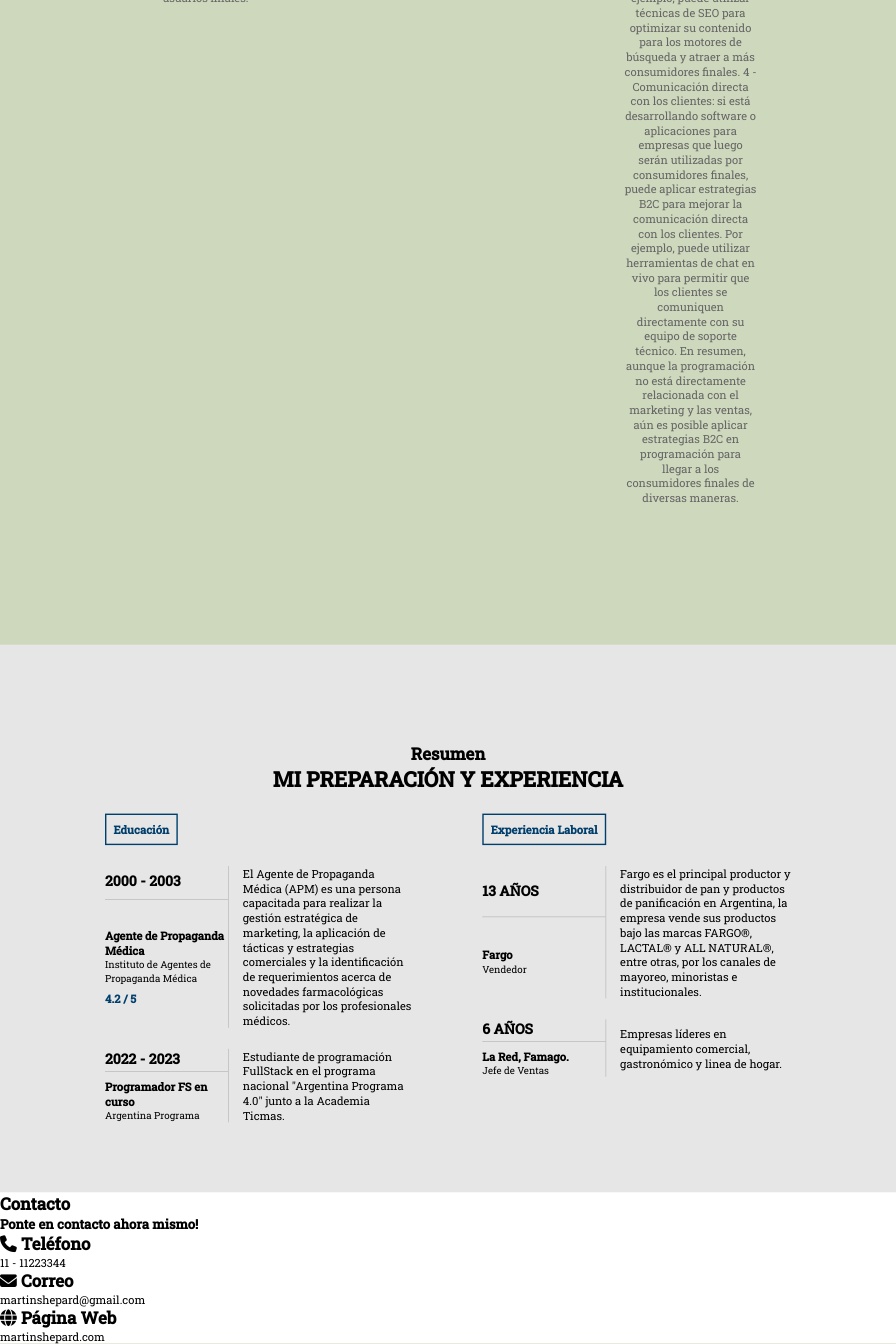
Repository: PabloSebastianPorto/Entrega-CV-1-ARG-PROG
Page: CVFINAL/CVfinal.HTML
An editor plug-in stored every save of this project. The page is shown before and after the next save, followed by the edit.
The browser window is 1280 px wide. The pictures show the part of the page from y = 2025 to 3945 px (the page is 3945 px tall before and 3892 px after), at 70% of full size.
Some web libraries are served in a nearby version.

Above is the page before, as saved 2023-02-28 12:17:39.

### CVFINAL/CVfinal.HTML
<!DOCTYPE html>
<html lang="es">
  <head>
    <meta charset="UTF-8" />
    <meta http-equiv="X-UA-Compatible" content="IE=edge" />
    <meta name="viewport" content="width=device-width, initial-scale=1.0" />
    <title>Document</title>
    <link
      rel="stylesheet"
      href="https://cdnjs.cloudflare.com/ajax/libs/font-awesome/6.3.0/css/all.min.css"
      integrity="sha512-SzlrxWUlpfuzQ+pcUCosxcglQRNAq/DZjVsC0lE40xsADsfeQoEypE+enwcOiGjk/bSuGGKHEyjSoQ1zVisanQ=="
      crossorigin="anonymous"
      referrerpolicy="no-referrer"
    />
    <link rel="stylesheet" href="CVfinal.css" />
    <title>CV Pablo Sebastián Porto</title>
  </head>
  <body>
    <section class="inicio" id="inicio">
      <div class="contenido-seccion">
        <header>
          <div class="nav-clas"></div>
          <i class="fa-solid fa-bars"></i>
          <nav id="nav" class="nav">
            <a href="#Inicio">Inicio</a>
            <a href="#Sobre Mí">Sobre Mí</a>
            <a href="#Historial">Historial Laboral</a>
            <a href="#Contacto">Contacto</a>
          </nav>
        </header>
        <div class="info">
          <h1>PABLO SEBASTIÁN PORTO</h1>
          <h2>
            Agente de Propaganda Médica, Vendedor Profesional, Desarrollador
            front-end JR
          </h2>
          <div class="redes">
            <a href="#"><i class="fa-brands fa-twitter"></i></a>
            <a href="#"><i class="fa-brands fa-facebook"></i></a>
            <a href="#"><i class="fa-brands fa-instagram"></i></a>
            <a href="#"><i class="fa-brands fa-twitch"></i></a>
            <a href="#"><i class="fa-brands fa-linkedin"></i></a>
          </div>
        </div>
        <div class="foto">
          <img
            src="IMG/CVfoto.jpg"
            alt="Aca va una imagen, pero se la robaron"
          />
        </div>
      </div>
    </section>
    <section class="sobremi" id="sobremi">
      <div class="contenido-seccion">
        <h2 class="titulo-seccion">Sobre Mí</h2>
        <h3>Datos Laborales</h3>
        <p class="especial">
          Asesor en ventas con mas de 20 años de experiencia en diferentes
          rubros.
        </p>
        <p>
          Me desarrolle como vendedor en empresas como Fargo, La Red
          Equipamiento, Famago, entre otras.
        </p>
        <div class="fila">
          <div class="col">
            <i class="fa-solid fa-user"></i>
            <span class="titulo-detalle">Perfil Comercial</span>
            <p>
              En mi caso, tengo un perfil comercial pero también he desarrollado
              habilidades en front-end, lo que me permite crear la parte visual
              y de interacción de un sitio web o aplicación móvil. Esta
              combinación de habilidades me ha permitido entender mejor las
              necesidades del negocio y los clientes, lo que puede guiar el
              diseño y la funcionalidad del producto de una manera más efectiva.
              Como profesional con experiencia en ventas y marketing, puedo
              entender las métricas de negocio y las necesidades del usuario
              final. Por lo tanto, puedo crear interfaces de usuario que estén
              diseñadas para satisfacer las necesidades específicas de los
              clientes y mejorar la experiencia del usuario. Por ejemplo, puedo
              diseñar una página de inicio atractiva y fácil de navegar que
              ayude a los visitantes a encontrar lo que están buscando de manera
              eficiente. En resumen, mi perfil comercial combinado con
              habilidades en front-end me permite ser un activo valioso para un
              equipo de desarrollo de software. Puedo aportar una comprensión
              profunda de las necesidades del cliente y del negocio a la
              creación de interfaces de usuario atractivas y efectivas que
              satisfagan los objetivos comerciales y las necesidades de los
              usuarios finales.
            </p>
          </div>
          <div class="col">
            <i class="fa-solid fa-flag"></i>
            <span class="titulo-detalle">Intereses y Objetivos</span>
            <p>
              Las estrategias B2C (Business to Consumer) son enfoques de
              marketing y ventas que se utilizan para llegar directamente a los
              consumidores finales. Aunque la programación no es un área
              tradicionalmente asociada con el marketing y las ventas, aún es
              posible aplicar estrategias B2C en programación de diversas
              maneras. Aquí hay algunas formas en que se pueden aplicar las
              estrategias B2C en programación: 1 - Desarrollo de aplicaciones
              para consumidores: si está desarrollando una aplicación para
              consumidores finales, puede aplicar estrategias B2C para llegar a
              su público objetivo. Por ejemplo, puede utilizar técnicas de
              marketing digital para promocionar su aplicación a través de
              anuncios en redes sociales y motores de búsqueda. 2 - Análisis de
              datos de los clientes: si está utilizando la programación para
              recopilar y analizar datos de los clientes, puede utilizar
              técnicas de segmentación de mercado para identificar patrones en
              los datos y personalizar su enfoque de marketing y ventas para
              cada segmento de clientes. 3 - Marketing de contenido: si está
              creando contenido relacionado con la programación, puede aplicar
              estrategias B2C para llegar a su audiencia objetivo. Por ejemplo,
              puede utilizar técnicas de SEO para optimizar su contenido para
              los motores de búsqueda y atraer a más consumidores finales. 4 -
              Comunicación directa con los clientes: si está desarrollando
              software o aplicaciones para empresas que luego serán utilizadas
              por consumidores finales, puede aplicar estrategias B2C para
              mejorar la comunicación directa con los clientes. Por ejemplo,
              puede utilizar herramientas de chat en vivo para permitir que los
              clientes se comuniquen directamente con su equipo de soporte
              técnico. En resumen, aunque la programación no está directamente
              relacionada con el marketing y las ventas, aún es posible aplicar
              estrategias B2C en programación para llegar a los consumidores
              finales de diversas maneras.
            </p>
          </div>
        </div>
      </div>
    </section>
    <section class="resumen" id="resumen">
      <div class="contenido-seccion">
        <h2 class="titulo-seccion">Resumen</h2>
        <h3>Mi preparación y experiencia</h3>
        <div class="info">
          <div class="col">
            <span class="titulo">Educación</span>
            <table>
              <tr>
                <td class="datos">
                  <h3>2000 - 2003</h3>
                </td>
                <td rowspan="2" class="descripcion">
                  El Agente de Propaganda Médica (APM) es una persona capacitada para realizar la gestión estratégica de marketing, la aplicación de tácticas y estrategias comerciales y la identificación de requerimientos acerca de novedades farmacológicas solicitadas por los profesionales médicos.
                </td>
              </tr>
              <tr>
                <td>
                  <h4>Agente de Propaganda Médica</h4>
                  <p>Instituto de Agentes de Propaganda Médica</p>
                  <span class="promedio">4.2 / 5</span>
                </td>
              </tr>
            </table>
            <table>
              <tr>
                <td class="datos">
                  <h3>2022 - 2023</h3>
                </td>
                <td rowspan="2" class="descripcion">
                  Estudiante de programación FullStack en el programa nacional "Argentina Programa 4.0" junto a la Academia Ticmas.
                </td>
              </tr>
              <tr>
                <td>
                  <h4>Programador FS en curso</h4>
                  <p>Argentina Programa</p>
                  </td>
              </tr>
            </table>
          </div>
          <div class="col">
            <span class="titulo">Experiencia Laboral</span>
            <table>
              <tr>
                <td class="datos">
                  <h3>13 Años</h3>
                </td>
                <td rowspan="2" class="descripcion">
                  Fargo es el principal productor y distribuidor de pan y productos de panificación en Argentina, la empresa vende sus productos bajo las marcas FARGO®, LACTAL® y ALL NATURAL®, entre otras, por los canales de mayoreo, minoristas e institucionales.
                </td>
              </tr>
              <tr>
                <td>
                  <h4>Fargo</h4>
                  <p>Vendedor</p>
                </td>
              </tr>
            </table>
            <table>
              <tr>
                <td class="datos">
                  <h3>6 Años</h3>
                </td>
                <td rowspan="2" class="descripcion">
                  Empresas líderes en equipamiento comercial, gastronómico y linea de hogar.
                </td>
              </tr>
              <tr>
                <td>
                  <h4>La Red, Famago.</h4>
                  <p>Jefe de Ventas</p>
                </td>
              </tr>
            </table>
          </div>
        </div>
      </div>
    </section>
    <section class="contacto" id="contacto">
      <div class="contenido-seccion">
        <h2 class="titulo-seccion">Contacto</h2>
        <h3>Ponte en contacto ahora mismo!</h3>

        <div class="fila">
          <div class="col">
            <h2><i class="fa-solid fa-phone"></i> Teléfono</h2>
            <span class="info-contacto">11 - 11223344</span>
          </div>
          <div class="col">
            <h2><i class="fa-solid fa-envelope"></i> Correo</h2>
            <span class="info-contacto">martinshepard@gmail.com</span>
          </div>
          <div class="col">
            <h2><i class="fa-solid fa-globe"></i> Página Web</h2>
            <span class="info-contacto">martinshepard.com</span>
          </div>
        </div>
      </div>
    </section>
    </section>
  </body>
</html>

### CVFINAL/CVfinal.css
@import url("https://fonts.googleapis.com/css2?family=Roboto+Slab:wght@100;200;300;400;500&display=swap");
* {
  box-sizing: border-box;
  font-family: "Roboto Slab", serif;
  margin: 0;
  padding: 0;
}
html {
  box-sizing: border-box;
  font-family: "Roboto Slab", serif;
  margin: 0;
  padding: 0;
}
html {
  scroll-behavior: smooth;
}
.inicio {
  background: linear-gradient(rgba(0, 0, 0, 0.3), rgba(0, 0, 0, 0.3)),
    url(IMG/imagen-fondo.jpg);
  background-size: cover;
  background-position: center center;
  color: #ffffff;
}
.inicio .contenido-seccion {
  max-width: 1000px;
  margin: auto;
  text-align: center;
  padding: 0 10px;
}
.inicio .contenido-seccion header {
  padding: 30px;
}
.inicio .contenido-seccion header nav {
  background: #1e2326;
  position: fixed;
  width: 100%;
  top: 0;
  left: 0;
  z-index: 99;
  display: flex;
  justify-content: center;
}
.inicio .contenido-seccion header nav a {
  display: block;
  color: #ffffff;
  text-decoration: none;
  margin-bottom: 15px;
  margin-top: 15px;
  margin-right: 25px;
  font-weight: bold;
}
.inicio .contenido-seccion header nav a:hover {
  color: #ced8bc;
  transition: color 0.3s ease;
}
.inicio .contenido-seccion .info {
  padding-bottom: 130px;
}
.inicio .contenido-seccion .info h1 {
  font-size: 3rem;
  letter-spacing: 5px;
}
.inicio .contenido-seccion .info h2 {
  font-weight: normal;
  font-size: 20px;
  margin-top: -10px;
  letter-spacing: 2px;
}
.inicio .contenido-seccion .info .redes {
  margin: 20px 0;
}
.inicio .contenido-seccion .info .redes a {
  display: inline-block;
  text-decoration: none;
  background-color: #000;
  color: #ffffff;
  border: 2px solid #ffffff;
  border-radius: 50%;
  width: 40px;
  height: 40px;
  line-height: 40px;
  margin: 0 5px;
  transition: 0.3s;
}
.inicio .contenido-seccion .info .redes a:hover {
  color: #fff;
  background-color: #003e6c;
  box-shadow: 0 0 20px #fff;
}
.inicio .contenido-seccion .foto {
  position: relative;
}
.inicio .contenido-seccion .foto img {
  max-width: 350px;
  max-height: 350px;
  border-radius: 50%;
  border: 5px solid #003e6c;
  position: absolute;
  left: 50%;
  top: -100px;
  transform: translateX(-50%);
}
.sobremi {
  background-color: #ced8bc;
  padding: 200px 0 200px 0;
  text-align: center;
}
.sobremi .contenido-seccion {
  max-width: 3000px;
  margin: auto;
  padding: 0 10px;
}
.sobremi .contenido-seccion h3 {
  text-transform: uppercase;
  font-size: 30px;
}
.sobremi .contenido-seccion .especial {
  color: #003e6c;
  font-weight: bold;
  margin-top: 15px;
}
.sobremi .contenido-seccion p {
  max-width: 1000px;
  margin: auto;
  color: #666;
  padding-left: 5cm;
  padding-right: 5cm;
}
.sobremi .contenido-seccion .fila {
  display: flex;
  margin-top: 40px;
  justify-content: space-between;
}
.sobremi .contenido-seccion .fila .col {
  width: 45%;
}
.sobremi .contenido-seccion .fila .col i {
  color: #003e6c;
  display: inline-block;
  width: 40px;
  height: 40px;
  border: 2px solid #003e6c;
  line-height: 40px;
  border-radius: 50%;
}
.sobremi .contenido-seccion .fila .col span {
  display: block;
  font-weight: bold;
  margin: 8px 0;
}
.resumen {
  background-color: #e6e6e6;
  padding: 140px 0 100px 0;
  text-align: center;
}
.resumen .contenido-seccion {
  max-width: 1000px;
  margin: auto;
  padding: 0 10px;
}
.resumen .contenido-seccion h3 {
  text-transform: uppercase;
  font-size: 30px;
}
.resumen .contenido-seccion .info {
  text-align: left;
  display: flex;
  justify-content: space-between;
  margin-top: 30px;
}
.resumen .contenido-seccion .info .col {
  width: 45%;
}
.resumen .contenido-seccion .info .col .titulo {
  display: inline-block;
  color: #003e6c;
  font-weight: bold;
  border: 2px solid #003e6c;
  padding: 10px;
}
.resumen .contenido-seccion .info .col table {
  margin-top: 30px;
  border-collapse: collapse;
}
.resumen .contenido-seccion .info .col table .datos {
  width: 40%;
  border-bottom: 1px solid #bab9b9;
}
.resumen .contenido-seccion .info .col table h4 {
  margin-top: 10px;
}
.resumen .contenido-seccion .info .col table h3 {
  font-size: 20px;
  margin-bottom: 5px;
}
.resumen .contenido-seccion .info .col table p {
  font-size: 14px;
}
.resumen .contenido-seccion .info .col table .promedio {
  display: block;
  color: #003e6c;
  margin-top: 10px;
  font-weight: bold;
}
.resumen .contenido-seccion .info .col table .descripcion {
  border-left: 1px solid #bab9b9;
  padding-left: 20px;
}

After the next save:
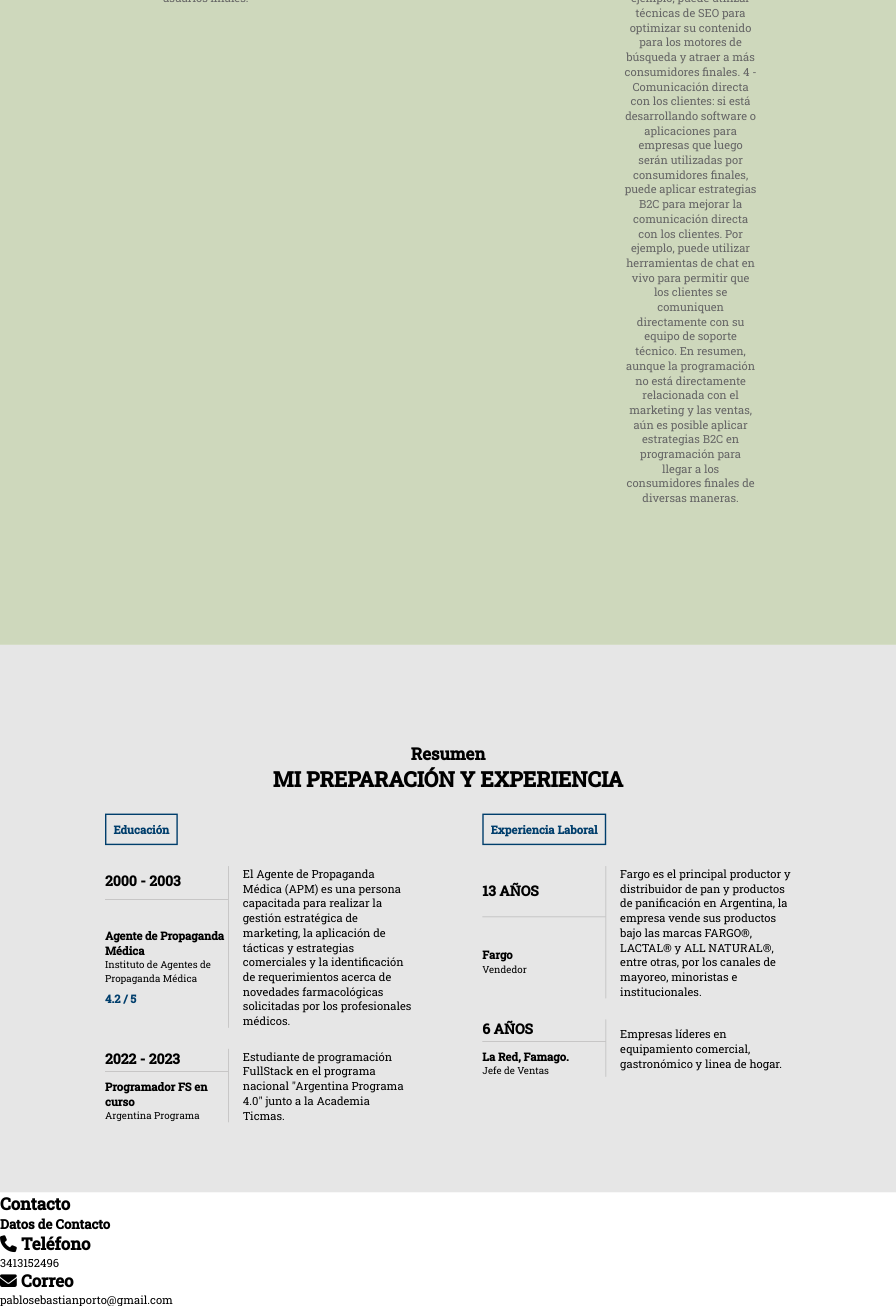
Saved 108 s later.
--- a/CVFINAL/CVfinal.HTML
+++ b/CVFINAL/CVfinal.HTML
@@ -211,22 +211,18 @@
     <section class="contacto" id="contacto">
       <div class="contenido-seccion">
         <h2 class="titulo-seccion">Contacto</h2>
-        <h3>Ponte en contacto ahora mismo!</h3>
+        <h3>Datos de Contacto</h3>
 
         <div class="fila">
           <div class="col">
             <h2><i class="fa-solid fa-phone"></i> Teléfono</h2>
-            <span class="info-contacto">11 - 11223344</span>
+            <span class="info-contacto">3413152496</span>
           </div>
           <div class="col">
             <h2><i class="fa-solid fa-envelope"></i> Correo</h2>
-            <span class="info-contacto">martinshepard@gmail.com</span>
-          </div>
-          <div class="col">
-            <h2><i class="fa-solid fa-globe"></i> Página Web</h2>
-            <span class="info-contacto">martinshepard.com</span>
-          </div>
-        </div>
+            <span class="info-contacto">pablosebastianporto@gmail.com</span>
+          </div>
+         </div>
       </div>
     </section>
     </section>
